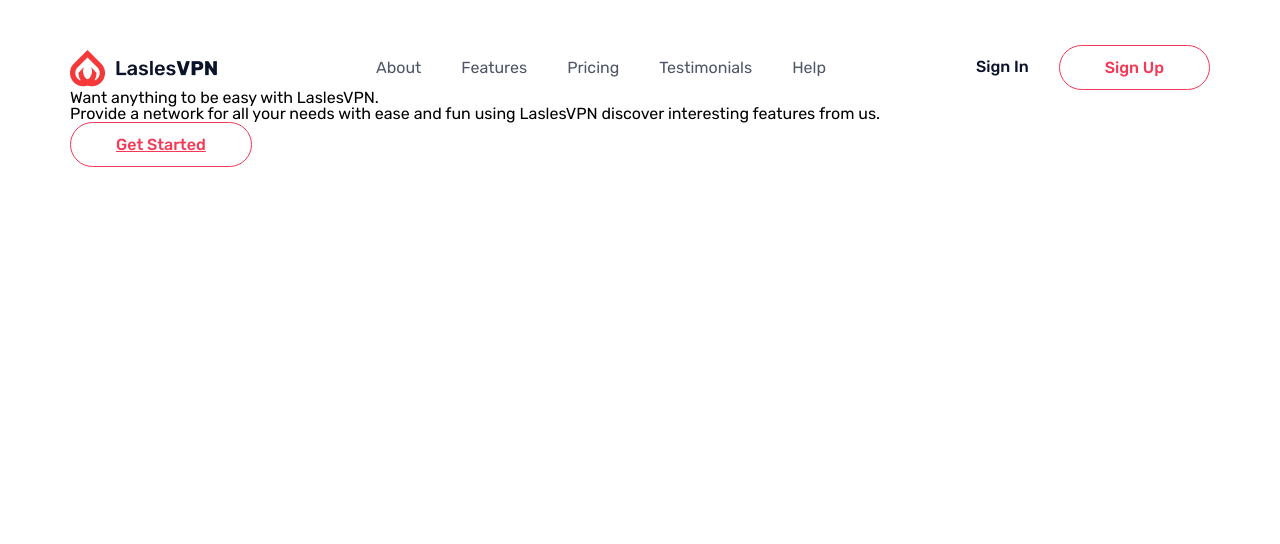
Repository: nafiesallahu/beetroot-fe-g1
Page: Homework10/index.html
The author's editor kept a copy of each file at every save. The page is drawn from the files as they stood at one save, then again after the next save.
The browser window is 1280 px wide. The pictures show the whole page.

Above is the page before, as saved 2021-01-27 19:17:59.

After the next save:
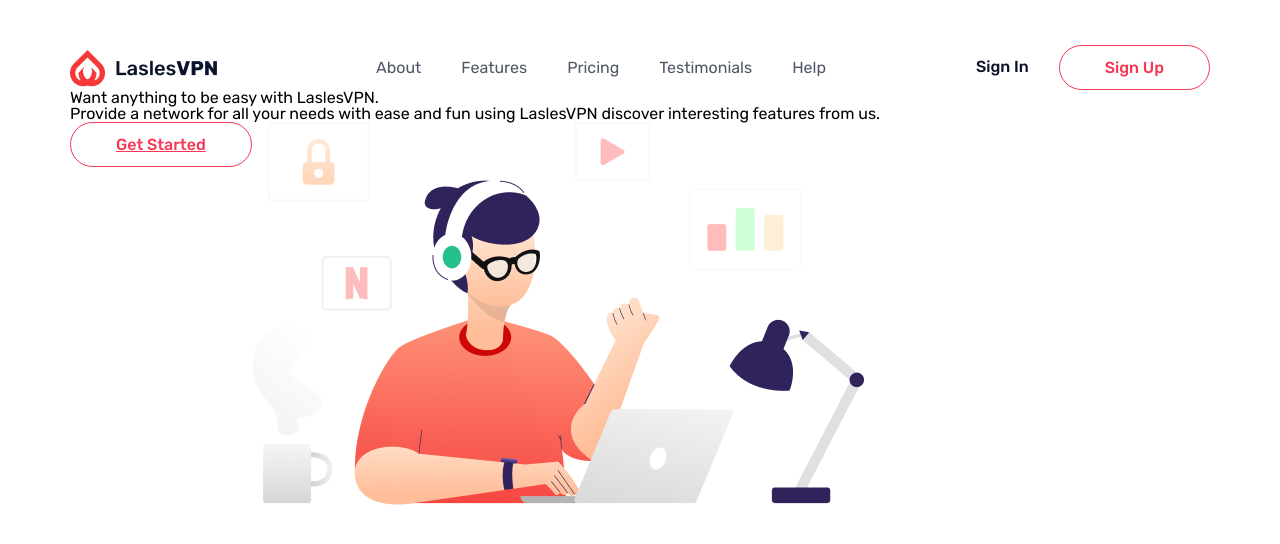
Saved 6 s later.
--- a/Homework10/index.html
+++ b/Homework10/index.html
@@ -40,7 +40,7 @@
           <a href="#" class="btn">Get Started</a>
         </div>
         <div class="hero__image">
-
+          <img src="images/illustration_1.png" alt="illustration_1.png">
         </div>
       </div>
     </section>
